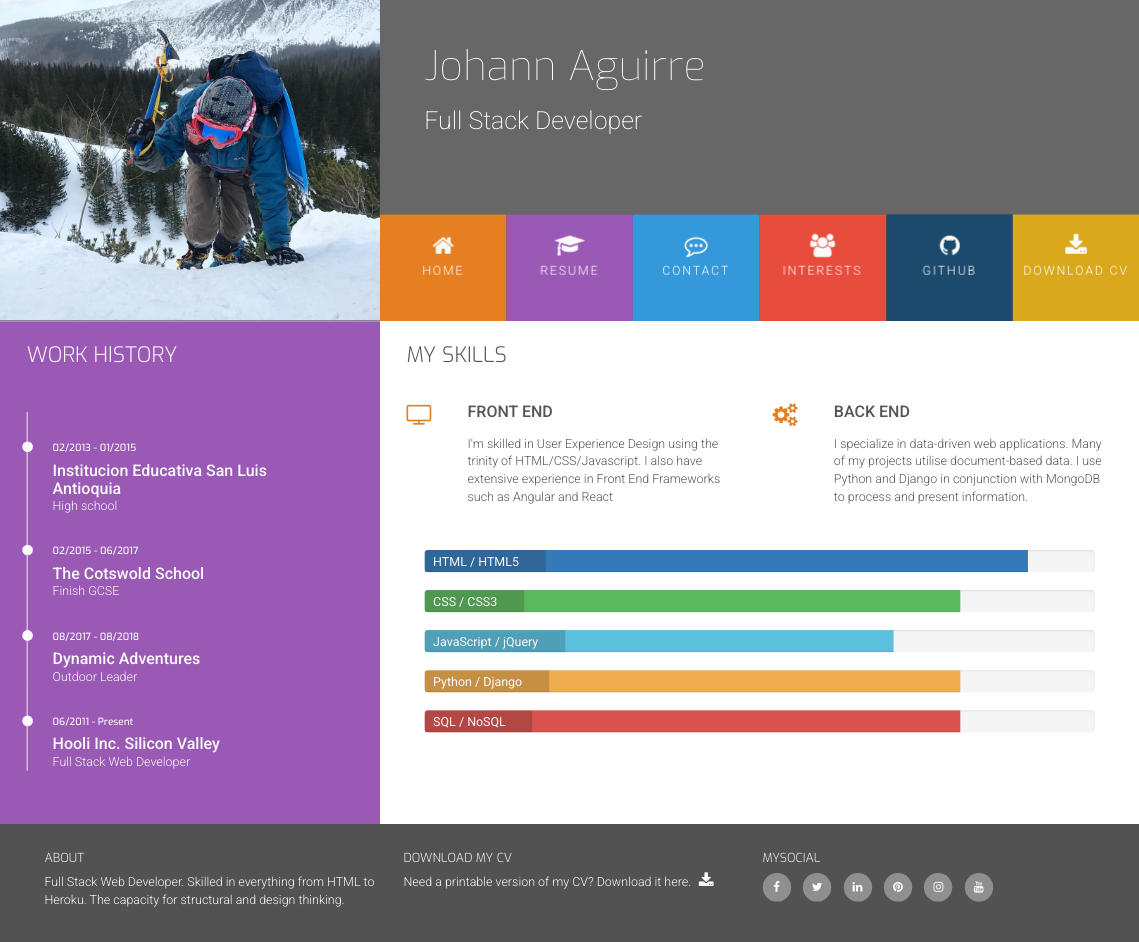
Repository: cachimiro/cv
Page: GoogleMaps-master/05-moving_the_code_into_its_own_script/resume.html
The author's editor kept a record of every edit. The page is drawn from the files as they stood at one moment, then again after the next edit.
The browser window is 1280 px wide. The pictures show the whole page, at 89% of full size.
Some web libraries are served in a nearby version.

Above is the page before.

After the next edit:
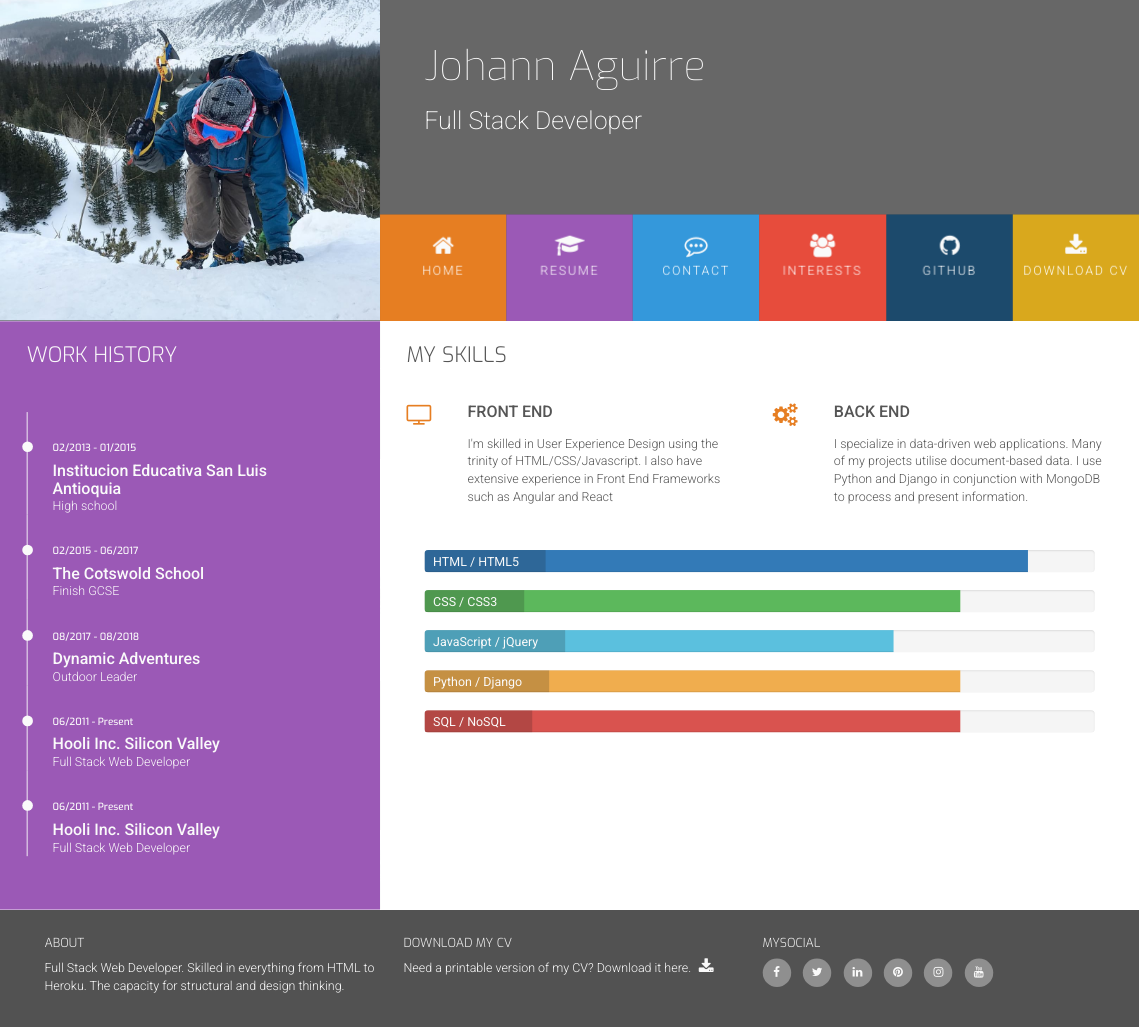
The edit:
--- a/GoogleMaps-master/05-moving_the_code_into_its_own_script/resume.html
+++ b/GoogleMaps-master/05-moving_the_code_into_its_own_script/resume.html
@@ -70,6 +70,10 @@
                         <p>Outdoor Leader</p>
                     </div>
                     <div class="timeline-item" data-dates="06/2011 - Present">
+                        <h4>Hooli Inc. Silicon Valley</h4>
+                        <p>Full Stack Web Developer</p>
+                    </div>
+                     <div class="timeline-item" data-dates="06/2011 - Present">
                         <h4>Hooli Inc. Silicon Valley</h4>
                         <p>Full Stack Web Developer</p>
                     </div>
